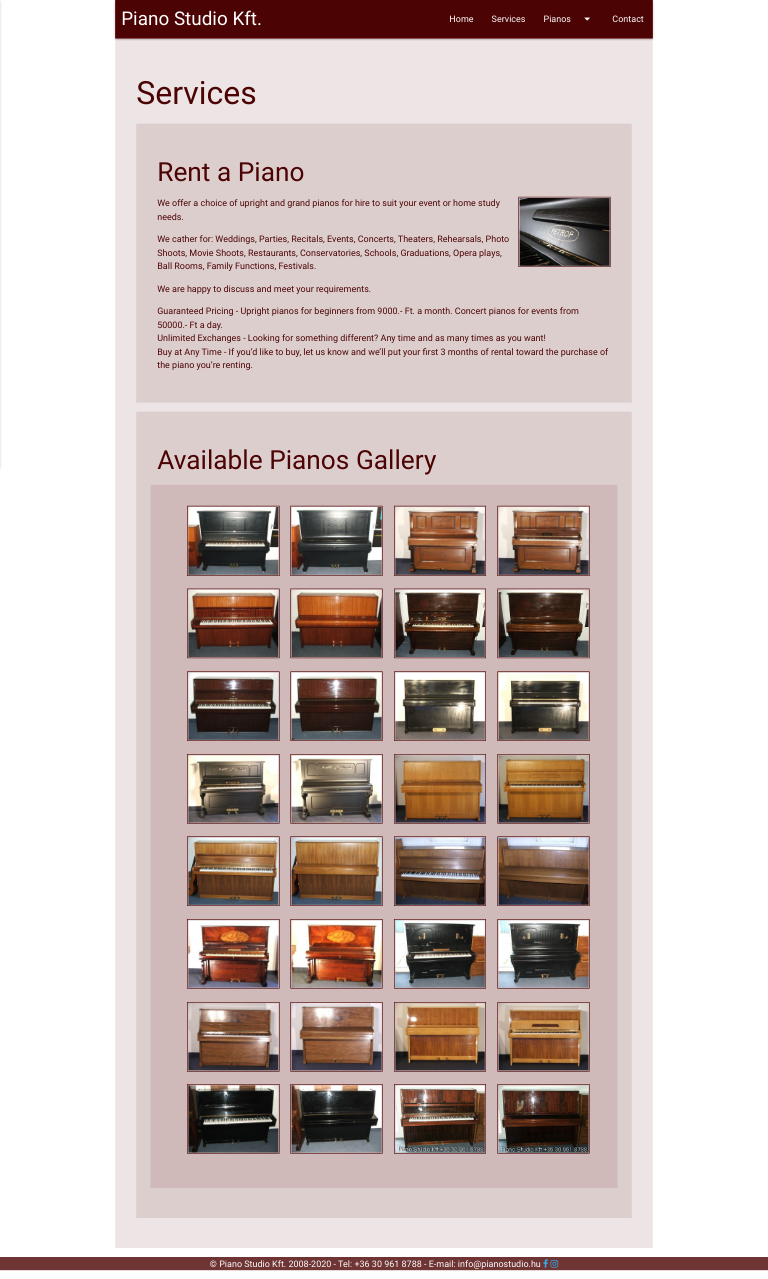
Repository: badiattila/pianostudioheroku
Page: http://localhost/rent
The author's editor kept a record of every edit. The page is drawn from the files as they stood at one moment, then again after the next edit.
The browser window is 1280 px wide. The pictures show the whole page, at 60% of full size.
Some web libraries are served in a nearby version. The page is served by the project's application, run on Flask 3 (app.py).

Above is the page before.

### templates/rent.html
{% extends 'base.html' %} {% block content %}

<!-- Services -->
<div class="op" id="rent">
    <h2>Services</h2>
    <p></p>

    <div>
        <div class="op">
            <h3>Rent a Piano</h3>
            <img class="right-teaser" src="{{url_for('static', filename='pictures/petrof.jpg')}}" alt="Rent" />
            <p>We offer a choice of upright and grand pianos for hire to suit your event or home study needs.</p>
            <p>We cather for: Weddings, Parties, Recitals, Events, Concerts, Theaters, Rehearsals, Photo Shoots, Movie Shoots, Restaurants, Conservatories, Schools, Graduations, Opera plays, Ball Rooms, Family Functions, Festivals.</p>
            <p>We are happy to discuss and meet your requirements.</p>
            <ul>
                <li>Guaranteed Pricing - Upright pianos for beginners from 9000.- Ft. a month. Concert pianos for events from 50000.- Ft a day.</li>
                <li>Unlimited Exchanges - Looking for something different? Any time and as many times as you want!</li>
                <li>Buy at Any Time - If you’d like to buy, let us know and we’ll put your first 3 months of rental toward the purchase of the piano you’re renting.</li>
            </ul>
        </div>
        <div class="op">
            <h3>Available Pianos Gallery</h3>
            <div class="row op">
                <div class="col s12">
                    <img class="galery-pic" src="{{url_for('static', filename='pictures/pianos/baumbach_1.jpg')}}">
                    <img class="galery-pic" src="{{url_for('static', filename='pictures/pianos/baumbach_2.jpg')}}">
                    <img class="galery-pic" src="{{url_for('static', filename='pictures/pianos/baumbach_a_1.jpg')}}">
                    <img class="galery-pic" src="{{url_for('static', filename='pictures/pianos/baumbach_a_2.jpg')}}">
                </div>
                <div class="col s12">
                    <img class="galery-pic" src="{{url_for('static', filename='pictures/pianos/calisia_1.jpg')}}">
                    <img class="galery-pic" src="{{url_for('static', filename='pictures/pianos/calisia_2.jpg')}}">
                    <img class="galery-pic" src="{{url_for('static', filename='pictures/pianos/Ed_Seiler_1_ikon.jpg')}}">
                    <img class="galery-pic" src="{{url_for('static', filename='pictures/pianos/Ed_Seiler_2_ikon.jpg')}}">
                </div>
                <div class="col s12">
                    <img class="galery-pic" src="{{url_for('static', filename='pictures/pianos/etyde_1.jpg')}}">
                    <img class="galery-pic" src="{{url_for('static', filename='pictures/pianos/etyde_2.jpg')}}">
                    <img class="galery-pic" src="{{url_for('static', filename='pictures/pianos/forster_1.jpg')}}">
                    <img class="galery-pic" src="{{url_for('static', filename='pictures/pianos/forster_2.jpg')}}">
                </div>
                <div class="col s12">
                    <img class="galery-pic" src="{{url_for('static', filename='pictures/pianos/forster_3.jpg')}}">
                    <img class="galery-pic" src="{{url_for('static', filename='pictures/pianos/forster_4.jpg')}}">
                    <img class="galery-pic" src="{{url_for('static', filename='pictures/pianos/forster_5.jpg')}}">
                    <img class="galery-pic" src="{{url_for('static', filename='pictures/pianos/forster_6.jpg')}}">
                </div>
                <div class="col s12">
                    <img class="galery-pic" src="{{url_for('static', filename='pictures/pianos/Fuchs_&_Mohr_a_1.jpg')}}">
                    <img class="galery-pic" src="{{url_for('static', filename='pictures/pianos/Fuchs_&_Mohr_a_2.jpg')}}">
                    <img class="galery-pic" src="{{url_for('static', filename='pictures/pianos/Fuchs_&_Mohr_b_1.jpg')}}">
                    <img class="galery-pic" src="{{url_for('static', filename='pictures/pianos/Fuchs_&_Mohr_b_2.jpg')}}">
                </div>
                <div class="col s12">
                    <img class="galery-pic" src="{{url_for('static', filename='pictures/pianos/j.ernst_1.jpg')}}">
                    <img class="galery-pic" src="{{url_for('static', filename='pictures/pianos/j.ernst_2.jpg')}}">
                    <img class="galery-pic" src="{{url_for('static', filename='pictures/pianos/Lauberger_&_Gloss_1.jpg')}}">
                    <img class="galery-pic" src="{{url_for('static', filename='pictures/pianos/Lauberger_&_Gloss_2.jpg')}}">
                </div>
                <div class="col s12">
                    <img class="galery-pic" src="{{url_for('static', filename='pictures/pianos/musica_1.jpg')}}">
                    <img class="galery-pic" src="{{url_for('static', filename='pictures/pianos/musica_2.jpg')}}">
                    <img class="galery-pic" src="{{url_for('static', filename='pictures/pianos/petrof_1.jpg')}}">
                    <img class="galery-pic" src="{{url_for('static', filename='pictures/pianos/petrof_2.jpg')}}">
                </div>
                <div class="col s12">
                    <img class="galery-pic" src="{{url_for('static', filename='pictures/pianos/ukrajna_1.jpg')}}">
                    <img class="galery-pic" src="{{url_for('static', filename='pictures/pianos/ukrajna_2.jpg')}}">
                    <img class="galery-pic" src="{{url_for('static', filename='pictures/pianos/ukrajna_a_1.jpg')}}">
                    <img class="galery-pic" src="{{url_for('static', filename='pictures/pianos/ukrajna_a_2.jpg')}}">
                </div>
            </div>
        </div>
    </div>
</div>
</div>
{% endblock %}

### templates/base.html
<!DOCTYPE html>

<html lang="en">

<head>

    <!-- Meta tags -->
    <meta charset="utf-8">
    <!-- Font awsome -->
    <link rel="stylesheet" href="https://maxcdn.bootstrapcdn.com/font-awesome/4.7.0/css/font-awesome.min.css" type="text/css" />
    <!-- Hover -->
    <link rel="stylesheet" href="https://cdnjs.cloudflare.com/ajax/libs/hover.css/2.1.1/css/hover-min.css" type="text/css" />
    <!-- Material icons by Google -->
    <link href="https://fonts.googleapis.com/icon?family=Material+Icons" rel="stylesheet">
    <!-- Compiled and minified materialize CSS -->
    <link rel="stylesheet" href="https://cdnjs.cloudflare.com/ajax/libs/materialize/0.100.2/css/materialize.min.css">
    <!-- Specific Css for this website -->
    <link rel="stylesheet" href="{{url_for('static', filename='css/style.css')}}" type="text/css" />

    <title>Piano Studio Kft. - Services - </title>
    <link href="{{url_for('static', filename='pictures/favicon.ico')}}" rel="shortcut icon" type="image/x-icon" />
    <meta name="description" content="Piano rental, tuning and repair - Piano Studio Kft." />
    <meta name="keywords" content="Piano rental,piano tuning,piano repair,piano studio" />
    <meta name="copyright" content="Piano Studio Kft." />
    <meta name="author" content="Attila Badi/Piano Studio Kft." />
    <meta name="email" content="info@pianostudio.hu" /> {% block head %} {% endblock %}


</head>

<body>
    <div class="container">
        <header>
            <ul id="dropdown2" class="dropdown-content">
                <li><a href="{{url_for('pianos_for_sale')}}">Sale</a></li>
                <li><a href="{{url_for('createadd')}}">Create Add</a></li>
            </ul>
            <nav>
                <div class="nav-wrapper redbg">
                    <a href="{{url_for('index')}}" class="brand-logo">Piano Studio Kft.</a>
                    <a href="#" data-activates="mobile-demo" class="button-collapse"><i class="material-icons">menu</i></a>
                    <ul id="nav-mobile" class="right hide-on-med-and-down">
                        <li><a href="{{url_for('index')}}">Home</a></li>
                        <li><a href="{{url_for('services')}}">Services</a></li>
                        <!-- Dropdown Trigger -->
                        <li><a class="dropdown-trigger" href="#!" data-target="dropdown2">Pianos<i class="material-icons right">arrow_drop_down</i></a></li>

                        <li><a href="{{url_for('contact')}}">Contact</a></li>
                    </ul>
                    <ul class="side-nav" id="mobile-demo">
                        <li><a href="{{url_for('index')}}">Home</a></li>
                        <li><a href="{{url_for('services')}}">Services</a></li>
                        <li><a href="{{url_for('pianos_for_sale')}}">Sale</a></li>
                        <li><a href="{{url_for('createadd')}}">Create Add</a></li>
                        <li><a href="{{url_for('contact')}}">Contact</a></li>
                    </ul>
                </div>
            </nav>

        </header>
        {% block content %} {% endblock %}

        <footer class="footer redbg">
            <p>&copy; Piano Studio Kft. 2008-2020 - Tel: +36 30 961 8788 - E-mail: info@pianostudio.hu
                <a target="_blank" href="https://www.facebook.com/zongoraterem"><i class="fa fa-facebook" aria-hidden="true"></i></a>
                <a target="_blank" href="https://www.instagram.com/pianostudiokft"><i class="fa fa-instagram" aria-hidden="true"></i></a>
            </p>
        </footer>
    </div>

    <script src="https://code.jquery.com/jquery-3.4.1.min.js" integrity="sha256-CSXorXvZcTkaix6Yvo6HppcZGetbYMGWSFlBw8HfCJo=" crossorigin="anonymous"></script>
    <script src="https://cdnjs.cloudflare.com/ajax/libs/materialize/0.100.2/js/materialize.min.js"></script>

    <script>
        $(document).ready(function() {
            $('.modal').modal();
            $('.dropdown-trigger').dropdown();
            $('.collapsible').collapsible();
            $('select').material_select();
            $('.button-collapse').sideNav();
        });
    </script>

</body>

</html>

### app.py
import os
from flask import Flask, render_template, redirect, request, url_for
from flask_pymongo import PyMongo
from bson.objectid import ObjectId
from flask_mail import Mail, Message

app = Flask(__name__)

app.config["MONGO_DBNAME"] = 'piano_studio'
app.config["MONGO_URI"] = 'mongodb://attilabadi:K00nK00n1234@mycodeinstitutecluster-shard-00-00-wpsfr.mongodb.net:27017,mycodeinstitutecluster-shard-00-01-wpsfr.mongodb.net:27017,mycodeinstitutecluster-shard-00-02-wpsfr.mongodb.net:27017/piano_studio?ssl=true&replicaSet=MyCodeInstituteCluster-shard-0&authSource=admin&retryWrites=true&w=majority'
mongo = PyMongo(app)

app.config.update(
	DEBUG=True,
	#EMAIL SETTINGS
	MAIL_SERVER='mail.pianostudio.hu',
	MAIL_PORT=465,
	MAIL_USE_SSL=True,
	MAIL_USERNAME = 'contact@pianostudio.hu',
	MAIL_PASSWORD = os.environ.get('SMTPPW')
	)
mail = Mail(app)

@app.route('/')
@app.route('/index')
def index():
        return render_template("index.html")

@app.route('/contact')
def contact():
        return render_template("contact.html")

@app.route('/services')
def services():
        return render_template("services.html")

@app.route('/pianos_for_sale')
def pianos_for_sale():
        return render_template("pianos_for_sale.html", pianos=mongo.db.pianos_4_sale.find(), len=mongo.db.pianos_4_sale.find().count())

@app.route('/createadd')
def createadd():
        return render_template("create_add.html")

@app.route('/rent')
def rent():
        return render_template("rent.html")

@app.route('/galery')
def galery():
        return render_template("galery.html")

@app.route('/insert_add', methods=['POST'])
def insert_add():
        file_id = mongo.save_file(request.files['picture'].filename, request.files['picture'])
        mongo.db.pianos_4_sale.insert({
            'brand': request.form.get('brand') ,
            'description' : request.form.get('description') ,
            'age' : request.form.get('age') ,
            'price' : request.form.get('price') ,
            'file_name' : request.files['picture'].filename})
        return redirect(url_for('pianos_for_sale'))

@app.route('/file/<file_name>')
def file(file_name):
    return mongo.send_file(file_name)

@app.route('/delete_piano/<piano_id>')
def delete_piano(piano_id):
    mongo.db.pianos_4_sale.remove({'_id': ObjectId(piano_id)})
    return redirect(url_for('pianos_for_sale'))

@app.route('/edit_piano/<piano_id>')
def edit_piano(piano_id):
    return render_template('edit_piano.html', piano=mongo.db.pianos_4_sale.find_one({"_id": ObjectId(piano_id)}))


@app.route('/update_piano/<piano_id>', methods=['POST'])
def update_piano(piano_id):
    file_id = mongo.save_file(request.files['picture'].filename, request.files['picture'])
    mongo.db.pianos_4_sale.update( {'_id': ObjectId(piano_id)},
    {
            'brand': request.form.get('brand') ,
            'description' : request.form.get('description') ,
            'age' : request.form.get('age') ,
            'price' : request.form.get('price') ,
            'file_name' : request.files['picture'].filename
    })
    return redirect(url_for('pianos_for_sale'))

@app.route('/send_mail/', methods=['POST'])
def send_mail():
    try:
        msg = Message("Contact from pianostudio (" + request.form.get('user_fname') +" "+ request.form.get('user_sname') +")", sender=request.form.get('user_email'),recipients=["attila.badi@gmail.com"])
        msg.body = request.form.get('message')
        mail.send(msg)
        return render_template('contact_success.html')
    except:
        return render_template('contact_error.html')

if __name__ == "__main__":
    port = int(os.environ.get("PORT", 5000))
    app.run(host='0.0.0.0', port=port)

### static/css/style.css
.left {
  float: left;
}

.right {
  float: right;
}

/* Picture formatting for gallery and teaser pictures */

.right-teaser {
  padding: 1px;
  border: 1px solid #4c0303;
  float: right;
  margin: 0 0 1em 1em;
  width: 12vw;
}

.galery-pic {
  padding: 1px;
  border: 1px solid #4c0303;
  margin: 0 0 1em 1em;
  width: 12vw;
}

.btn_small {
  height: 24px;
  width: 60px;
  line-height: 24px;
  margin: 5px 5px;
  padding: 0 0.5em;
}

.btn_mid {
  height: 24px;
  width: 120px;
  line-height: 24px;
  margin: 5px 5px;
  padding: 0 0.5em;
}

.footer {
  color: white;
  opacity: 0.8;
  filter: alpha(opacity=80);
  text-align: center;
}

.redbg {
  background-color: #4c0303;
}

.nav-wrapper {
  padding-left: 10px;
}

/* Opacity classes for different elements */

.op {
  background: rgba(76, 3, 3, 0.1);
  /*background with 30% opacity */
  color: rgba(76, 3, 3);
  padding: 35px;
  margin-bottom: 15px;
}

.dropdown-content {
  width: max-content !important;
  height: auto !important;
}

/* ID based background behaviour */
#intro {
    background-attachment: scroll;
    background-image: url('../pictures/4k-wallpaper-close-up-fingers-1246437.jpg');
    background-position: center;
    background-size: cover;
    width: 100vw;
    background-repeat: no-repeat;
    position: relative;
}

After the next edit:
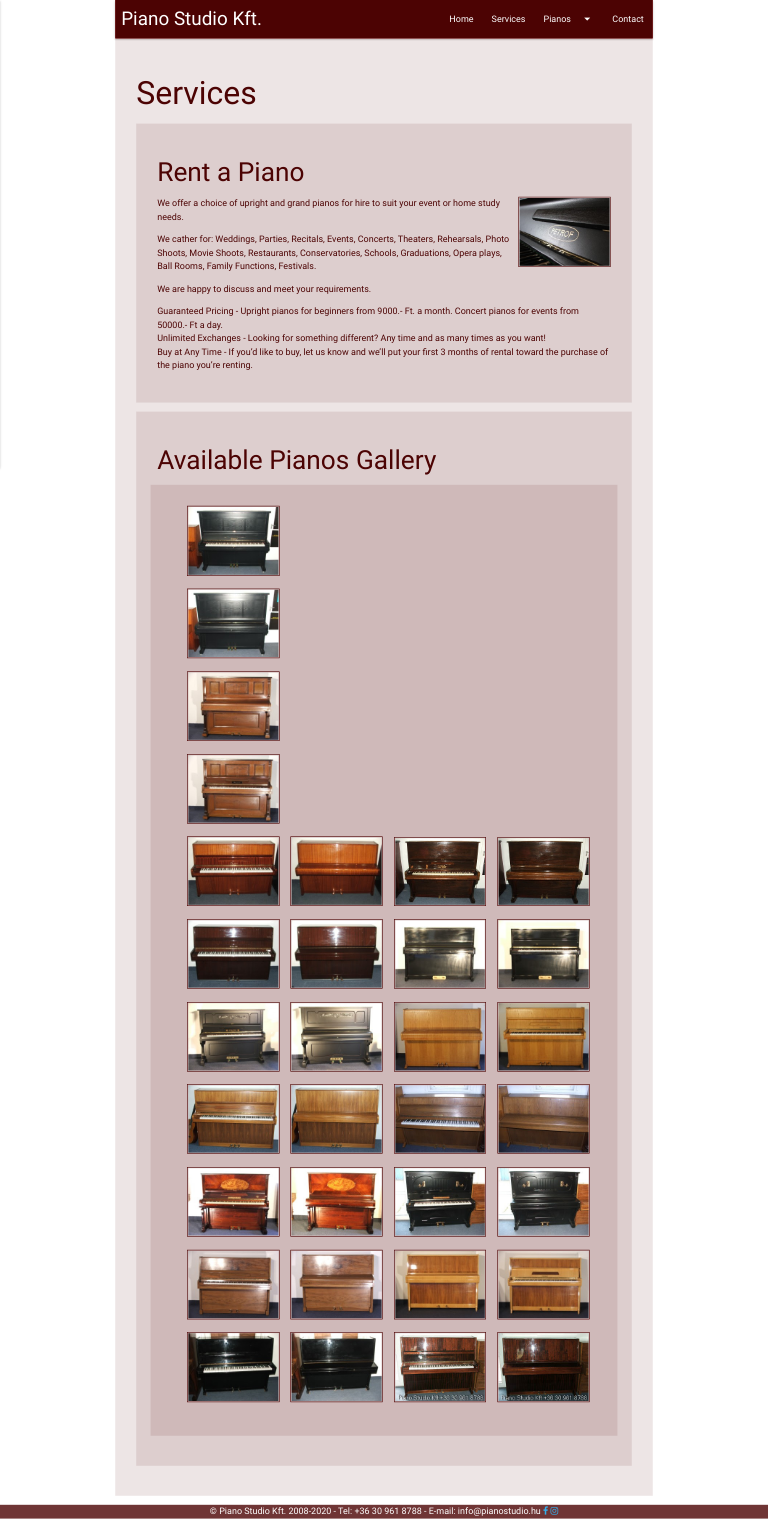
The edit:
--- a/templates/rent.html
+++ b/templates/rent.html
@@ -21,7 +21,7 @@
         <div class="op">
             <h3>Available Pianos Gallery</h3>
             <div class="row op">
-                <div class="col s12">
+                <div class="col s3">
                     <img class="galery-pic" src="{{url_for('static', filename='pictures/pianos/baumbach_1.jpg')}}">
                     <img class="galery-pic" src="{{url_for('static', filename='pictures/pianos/baumbach_2.jpg')}}">
                     <img class="galery-pic" src="{{url_for('static', filename='pictures/pianos/baumbach_a_1.jpg')}}">
